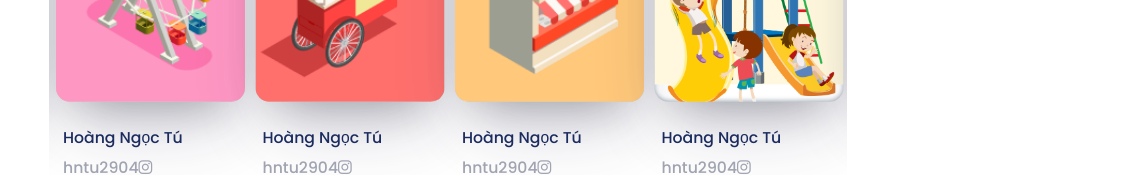
Repository: lausamtuong/Cut-psd-to-html
Page: index.html
The author's editor kept a copy of each file at every save. The page is drawn from the files as they stood at one save, then again after a run of saves.
The browser window is 1280 px wide. The page is 1280 px wide, then 1606 px, so the pictures cover 1606 px, including what lies to the right of the window. The pictures show the part of the page from y = 949 to 2469 px (the page is 1215 px tall before and 3250 px after), at 70% of full size.
Some web libraries are served in a nearby version. The style sheet was rebuilt from its Sass, Less or Tailwind sources for each picture, by a compiler version that may differ from the author's.

Above is the page before, as saved 2021-12-07 08:22:09.

After the next 2 saves:
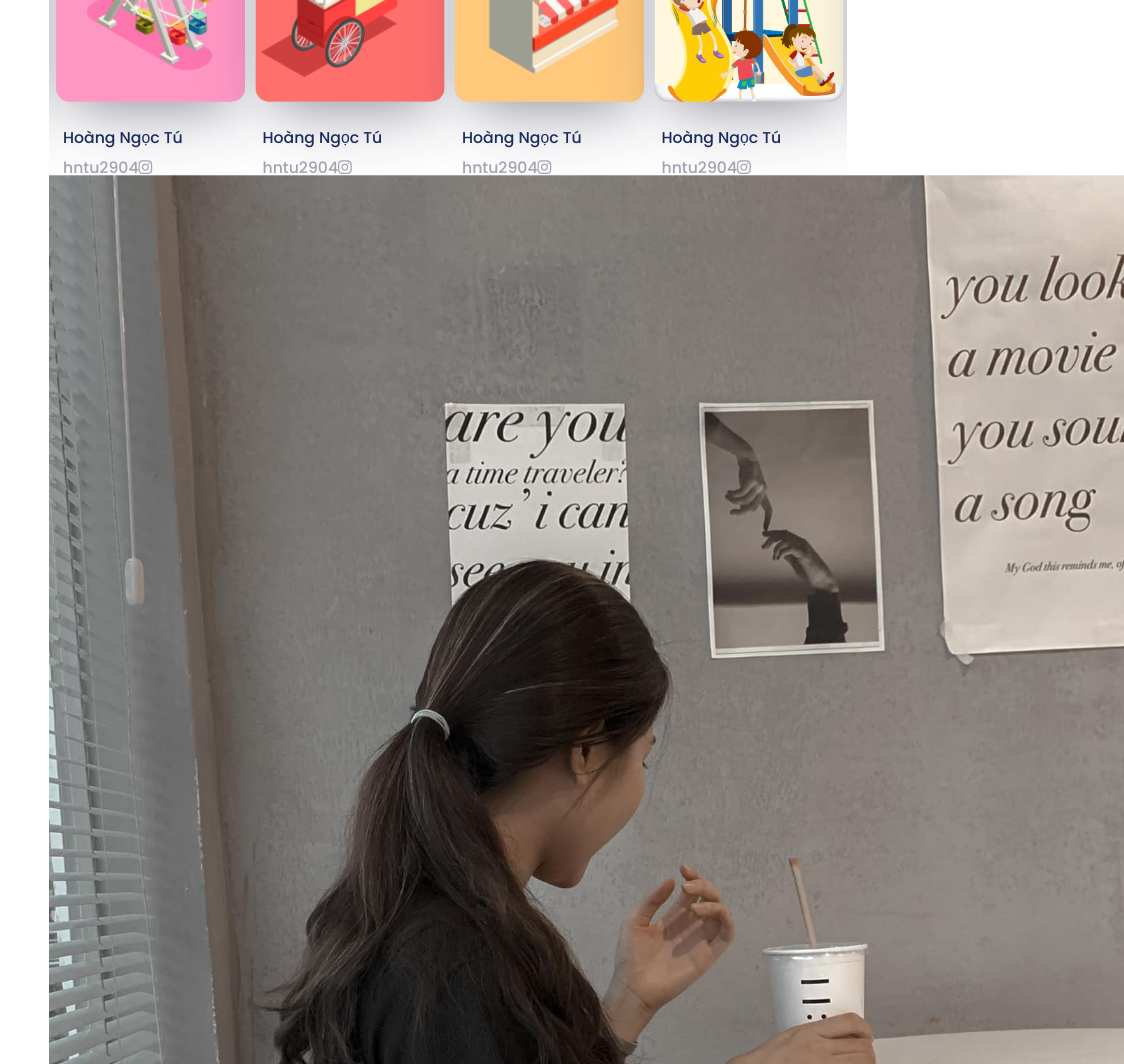
The 2 saves are shown as one change because they came seconds apart.
The last was saved 7 s later.
--- a/index.html
+++ b/index.html
@@ -64,7 +64,7 @@
             <div class="container">
                 <div class="fearture__item">
                     <div class="fearture__img">
-                        <img src="" alt="">
+                        <img src="./img/5.jpg" alt="">
                     </div>
                 </div>
             </div>
